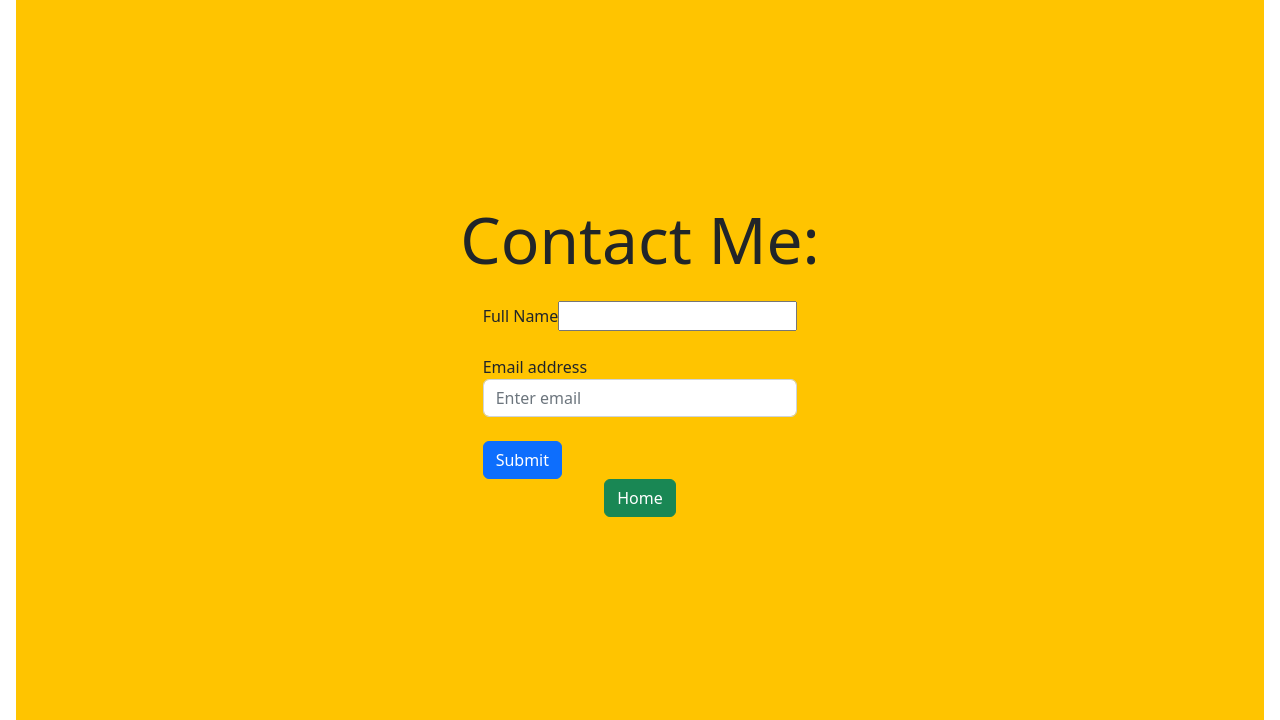
Repository: collegedude9300/zenstationnext
Page: /Contact
These files come from the project's save history. The page is drawn as it stood at one moment and after the next save; the edit follows.
The browser window is 1280 px wide. The pictures show the whole page.
The project was rebuilt for these pictures with package versions that can differ from the ones it lists, and the page was loaded fresh each time. The framework's server and built-in components were replaced by stand-ins that run in the browser. Also part of the build but not shown: next.config.js. Imported but missing from the stored project, and not drawn on this page: pages/constants.

Above is the page before, as saved 2023-12-31 09:16:07.

### pages/_app.js
import '../styles/globals.css'
function MyApp({ Component, pageProps }) {
  return <Component {...pageProps} />
}
export default MyApp

### pages/Contact.js
import Head from 'next/head'
import Image from 'next/image'
import styles from '../styles/Home.module.css'
import 'bootstrap/dist/css/bootstrap.css'
import Link from 'next/link';
export default function Contact() {
  const validateEmail = (email) => {
    const re = /^(([^<>()[\]\\.,;:\s@"]+(\.[^<>()[\]\\.,;:\s@"]+)*)|(".+"))@((\[[0-1]\d{1,2}\.[0-1]\d{1,2}\.[0-1]\d{1,2}\.[0-1]\d{1,2}\])|(([a-zA-Z\-0-9]+\.)+[a-zA-Z]{2,}))$/;
    return re.test(String(email).toLowerCase());
  }
  const validateName = (name) => {
    const re = /^[A-Z][a-z]+(\s|,)[A-Z][a-z]{1,19}$/;
    return re.test(String(name));
  }
//check to see if the email is valid
  const handleSubmit = (e) => {
    e.preventDefault();
    const email = document.getElementById("email").value;
    const name = document.getElementById("name").value;

    if (validateEmail(email) && validateName(name))
    {
      document.getElementById("email").value = "";
      document.getElementById("name").value = "";
      alert("Form submitted successfully");
    }
    else if (!validateEmail(email)) {
      alert("Please enter a valid email address");
    }
    else if (!validateName(name)) {
      alert("Please enter a valid  name");
    }
    else
    {
      alert("Form not submitted correctly, please fix your errors");
    }
  }
//check to see if the email is valid
  return (
    <div className={styles.container}>
      <Head>
        <title>Contact</title>
        <meta name="description" content="Generated by create next app" />
        <link rel="icon" href="/favicon.png" />
      </Head>
      <main className={styles.login}>
        <h1 className={styles.title}>
          Contact Me:
        </h1>
        <div className={styles.grid}>
            <form onSubmit={handleSubmit}>
            <br></br>
              <div className="form-group">
              <label htmlFor="name">Full Name</label>
			<input type="text" name="name" id="name" placeholder=""/>
      <br></br>
      <br></br>
                <label htmlFor="email">Email address</label>
                <input type="email" className="form-control" id="email" placeholder="Enter email"/>
                <br></br>
              </div>
              <button type="submit" className="btn btn-primary">Submit</button>
            </form>
        </div>
        <Link href="/">
          <button className="btn btn-success">Home</button>
        </Link>
      </main>
      </div>
  )}

### styles/Home.module.css
.container {
  padding: 0 1rem;
}
.pages{
  background-color: #43e0d3;
  min-height: 100vh;
}

.quoteDiv {
  font-size: 50px;
  color: rgb(243, 14, 7);
}
.successMessage {

  color: green;
  font-size: 30px;
  display:none;
  margin-bottom:20px;
}
.login {
  min-height: 100vh;
  padding: 4rem 0;
  flex: 1;
  display: flex;
  flex-direction: column;
  justify-content: center;
  align-items: center;
  background-color: #ffc400;
}
.main {
  min-height: 100vh;
  padding: 4rem 0;
  flex: 1;
  display: flex;
  flex-direction: column;
  justify-content: center;
  align-items: center;
}
.aboutBio {

  margin: 0;
  line-height: 1.15;
  font-size: 4rem;
  text-align: center;
}
.footer {
  display: flex;
  flex: 1;
  padding: 2rem 0;
  border-top: 1px solid #eaeaea;
  justify-content: center;
  align-items: center;
}

.footer a {
  display: flex;
  justify-content: center;
  align-items: center;
  flex-grow: 1;
}

.title a {
  color: #0070f3;
  text-decoration: none;
}

.title a:hover,
.title a:focus,
.title a:active {
  text-decoration: underline;
}

.title {
  margin: 0;
  line-height: 1.15;
  font-size: 4rem;
}

.title,
.description {
  text-align: center;
}

.description {
  margin: 4rem 0;
  line-height: 1.5;
  font-size: 1.5rem;
}

.code {
  background: #fafafa;
  border-radius: 5px;
  padding: 0.75rem;
  font-size: 1.1rem;
  font-family: Menlo, Monaco, Lucida Console, Liberation Mono, DejaVu Sans Mono,
    Bitstream Vera Sans Mono, Courier New, monospace;
}

.grid {
  display: flex;
  align-items: center;
  justify-content: center;
  flex-wrap: wrap;
  max-width: 800px;
}

.card {
  margin: 1rem;
  padding: 1.5rem;
  text-align: left;
  color: inherit;
  text-decoration: none;
  border: 1px solid #eaeaea;
  border-radius: 10px;
  transition: color 0.15s ease, border-color 0.15s ease;
  max-width: 300px;
}

.card:hover,
.card:focus,
.card:active {
  color: #0070f3;
  border-color: #0070f3;
}

.card h2 {
  margin: 0 0 1rem 0;
  font-size: 1.5rem;
}

.card p {
  margin: 0;
  font-size: 1.25rem;
  line-height: 1.5;
}

.logo {
  height: 1em;
  margin-left: 0.5rem;
}

@media (max-width: 600px) {
  .grid {
    width: 100%;
    flex-direction: column;
  }
}

@media (prefers-color-scheme: dark) {
  .card,
  .footer {
    border-color: #222;
  }
  .code {
    background: #111;
  }
  .logo img {
    filter: invert(1);
  }
}

Loaded but not shown: styles/globals.css (common file)

After the next save:
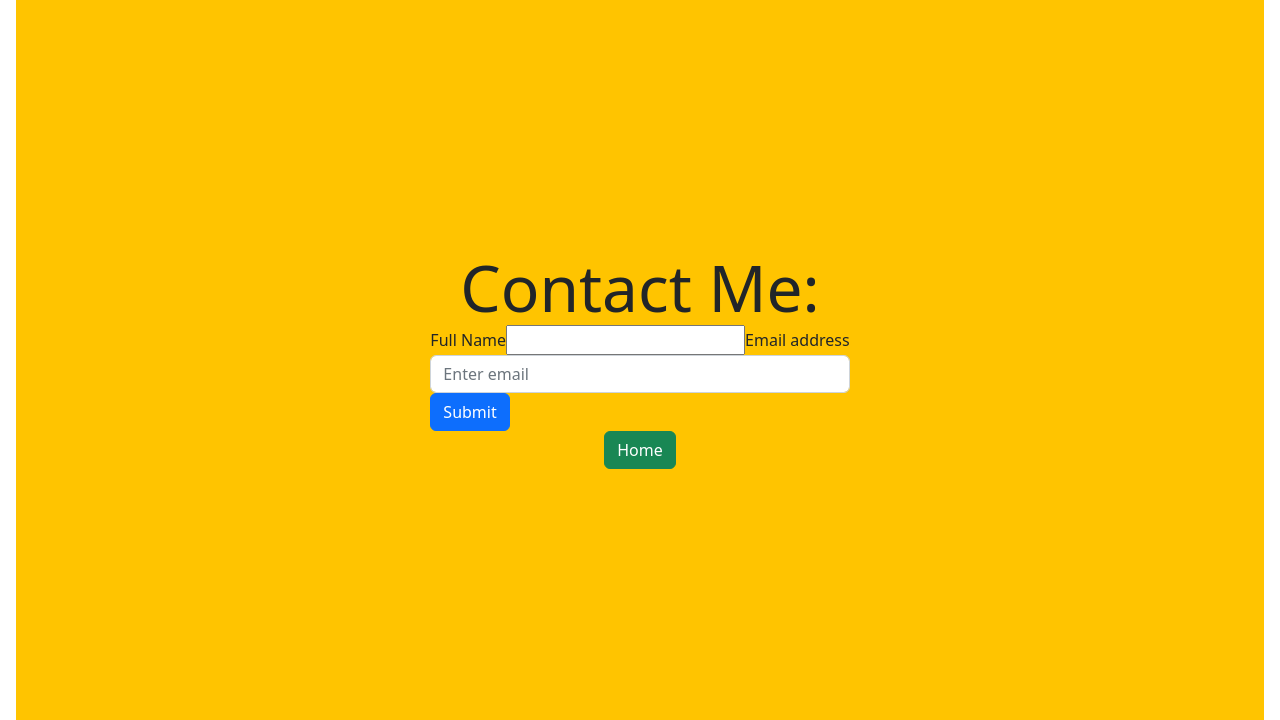
Saved 5 min 38 s later.
--- a/pages/Contact.js
+++ b/pages/Contact.js
@@ -1,41 +1,49 @@
+import React, { useState } from 'react';
+import { EMAIL_REGEX, NAME_REGEX } from './constants';
 import Head from 'next/head'
 import Image from 'next/image'
 import styles from '../styles/Home.module.css'
 import 'bootstrap/dist/css/bootstrap.css'
 import Link from 'next/link';
 export default function Contact() {
+  const [email, setEmail] = useState("");
+  const [name, setName] = useState("");
+  const [emailError, setEmailError] = useState("");
+  const [nameError, setNameError] = useState("");
+
   const validateEmail = (email) => {
-    const re = /^(([^<>()[\]\\.,;:\s@"]+(\.[^<>()[\]\\.,;:\s@"]+)*)|(".+"))@((\[[0-1]\d{1,2}\.[0-1]\d{1,2}\.[0-1]\d{1,2}\.[0-1]\d{1,2}\])|(([a-zA-Z\-0-9]+\.)+[a-zA-Z]{2,}))$/;
-    return re.test(String(email).toLowerCase());
+    return EMAIL_REGEX.test(String(email).toLowerCase());
   }
+
   const validateName = (name) => {
-    const re = /^[A-Z][a-z]+(\s|,)[A-Z][a-z]{1,19}$/;
-    return re.test(String(name));
+    return NAME_REGEX.test(String(name));
   }
-//check to see if the email is valid
+
   const handleSubmit = (e) => {
     e.preventDefault();
-    const email = document.getElementById("email").value;
-    const name = document.getElementById("name").value;
 
     if (validateEmail(email) && validateName(name))
     {
-      document.getElementById("email").value = "";
-      document.getElementById("name").value = "";
+      setEmail("");
+      setName("");
       alert("Form submitted successfully");
     }
-    else if (!validateEmail(email)) {
-      alert("Please enter a valid email address");
-    }
-    else if (!validateName(name)) {
-      alert("Please enter a valid  name");
-    }
-    else
-    {
-      alert("Form not submitted correctly, please fix your errors");
+    else {
+      if (!validateEmail(email)) {
+        setEmailError("Please enter a valid email address");
+      }
+      else {
+        setEmailError("");
+      }
+      if (!validateName(name)) {
+        setNameError("Please enter a valid name");
+      }
+      else {
+        setNameError("");
+      }
     }
   }
-//check to see if the email is valid
+
   return (
     <div className={styles.container}>
       <Head>
@@ -49,15 +57,13 @@ export default function Contact() {
         </h1>
         <div className={styles.grid}>
             <form onSubmit={handleSubmit}>
-            <br></br>
               <div className="form-group">
-              <label htmlFor="name">Full Name</label>
-			<input type="text" name="name" id="name" placeholder=""/>
-      <br></br>
-      <br></br>
+                <label htmlFor="name">Full Name</label>
+                <input type="text" name="name" id="name" placeholder="" value={name} onChange={(e) => setName(e.target.value)}/>
+                {nameError && <span className="error">{nameError}</span>}
                 <label htmlFor="email">Email address</label>
-                <input type="email" className="form-control" id="email" placeholder="Enter email"/>
-                <br></br>
+                <input type="email" className="form-control" id="email" placeholder="Enter email" value={email} onChange={(e) => setEmail(e.target.value)}/>
+                {emailError && <span className="error">{emailError}</span>}
               </div>
               <button type="submit" className="btn btn-primary">Submit</button>
             </form>
@@ -66,5 +72,6 @@ export default function Contact() {
           <button className="btn btn-success">Home</button>
         </Link>
       </main>
-      </div>
-  )}
+    </div>
+  )
+}
